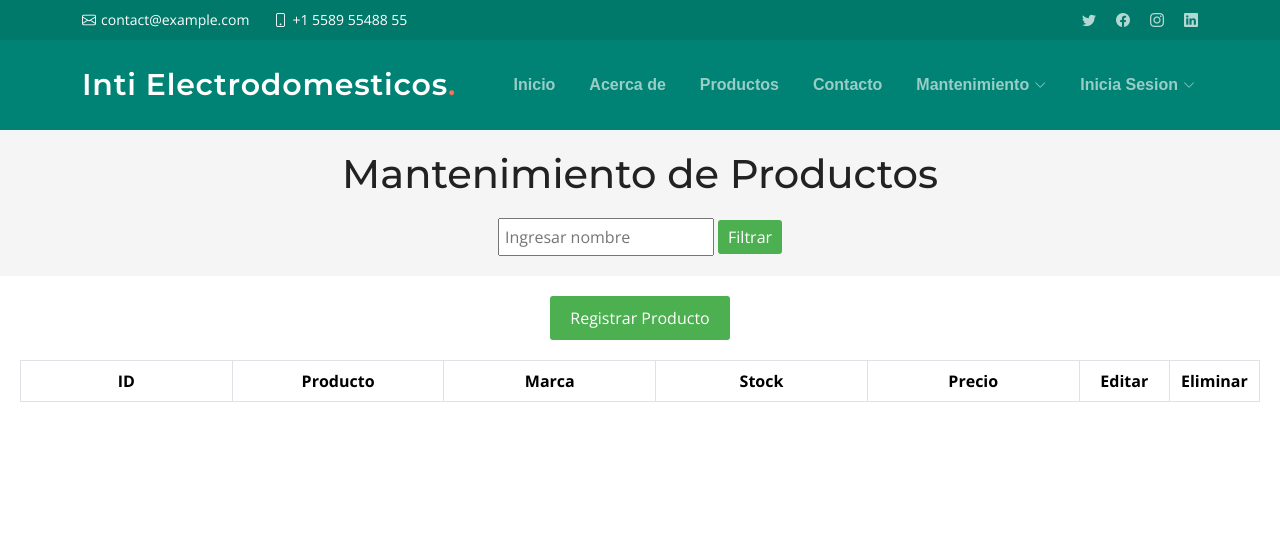
Repository: JReynaldoDelRio/DAWI---IntiElectrdomesticos
Page: http://localhost/mantenimientoProducto
An editor plug-in stored every save of this project. The page is shown before and after the next save, followed by the edit.
The browser window is 1280 px wide. The pictures show the whole page.
Some web fonts or font styles are not loaded; a fallback is used. Some web libraries are served in a nearby version. The page is this project's Thymeleaf template; nobody is signed in. The template is opened directly, without the code that normally fills it, so the values that code supplies are empty.

Above is the page before, as saved 2023-06-07 20:46:58.
Console error: TypeError: Cannot read properties of null (reading 'style')

After the next save:
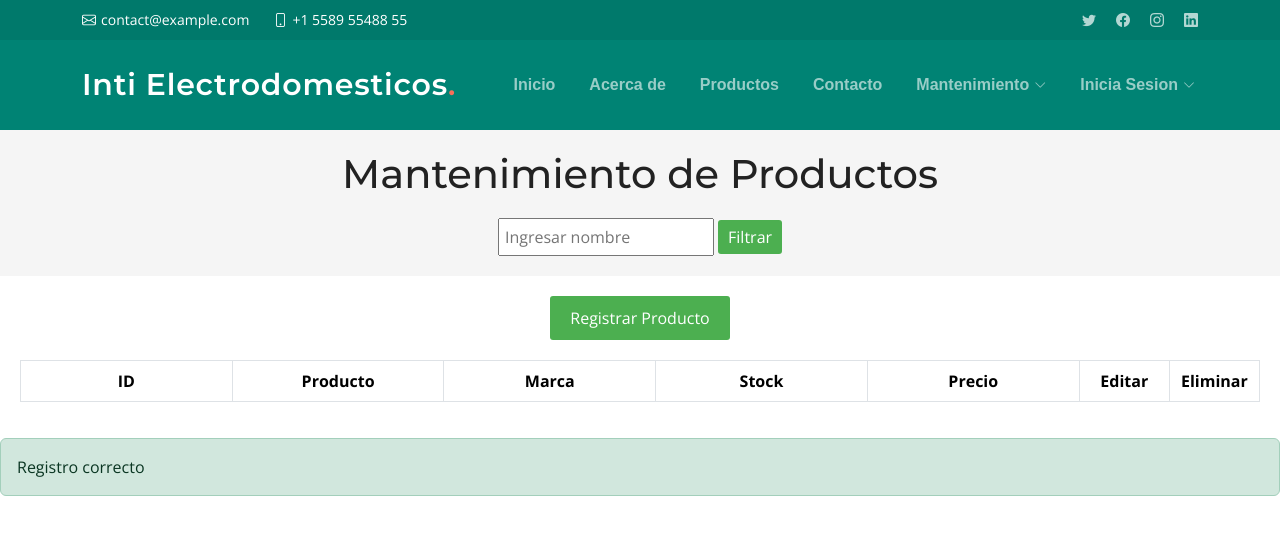
The error is gone.
Saved 19 s later.
--- a/IntiElectrodomesticos/src/main/resources/templates/mantenimientoProducto.html
+++ b/IntiElectrodomesticos/src/main/resources/templates/mantenimientoProducto.html
@@ -163,7 +163,10 @@
         <!-- Contenido del formulario para registrar el producto -->
         <!-- Botón para enviar el formulario -->
     </div>
-
+    <!-- Dentro de tu formulario o en cualquier parte de tu página -->
+		<div id="registroCorrectoAlert" class="alert alert-success" style="display: none;">
+ 		 Registro correcto
+		</div>
 	<dialog id="register-dialog">
 	<h2>Registro de Producto</h2>
 	<form action="/producto/grabar" method="post" th:object="${producto}" id="myForm" onsubmit="return registerProduct()">
